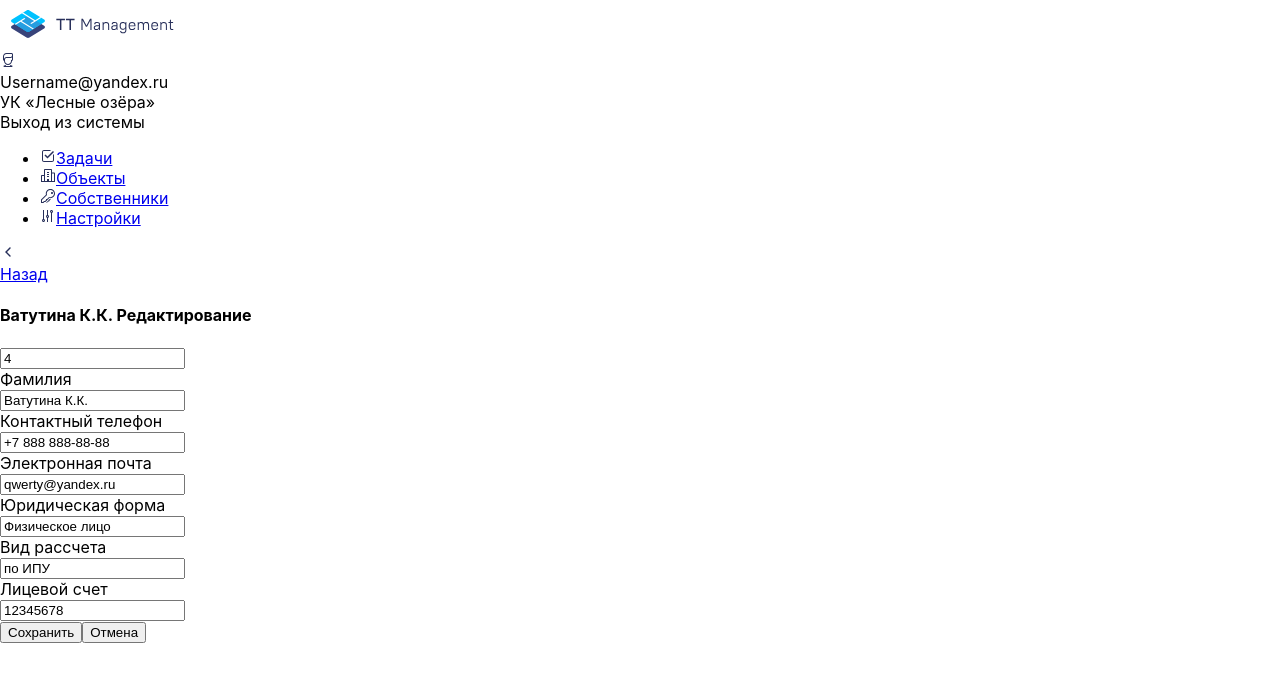
Repository: TryBr/tt-management
Page: /owners/3/edit
An editor plug-in stored every save of this project. The page is shown before and after the next save, followed by the edit.
The browser window is 1280 px wide. The pictures show the whole page.
The project was rebuilt for these pictures with package versions that can differ from the ones it lists, and the page was loaded fresh each time. Also part of the build but not shown: src/App.css, src/TaskDetail.js, src/Owners.js, src/OwnerDetail.js.

Above is the page before, as saved 2020-07-21 13:14:22.

After the next save:
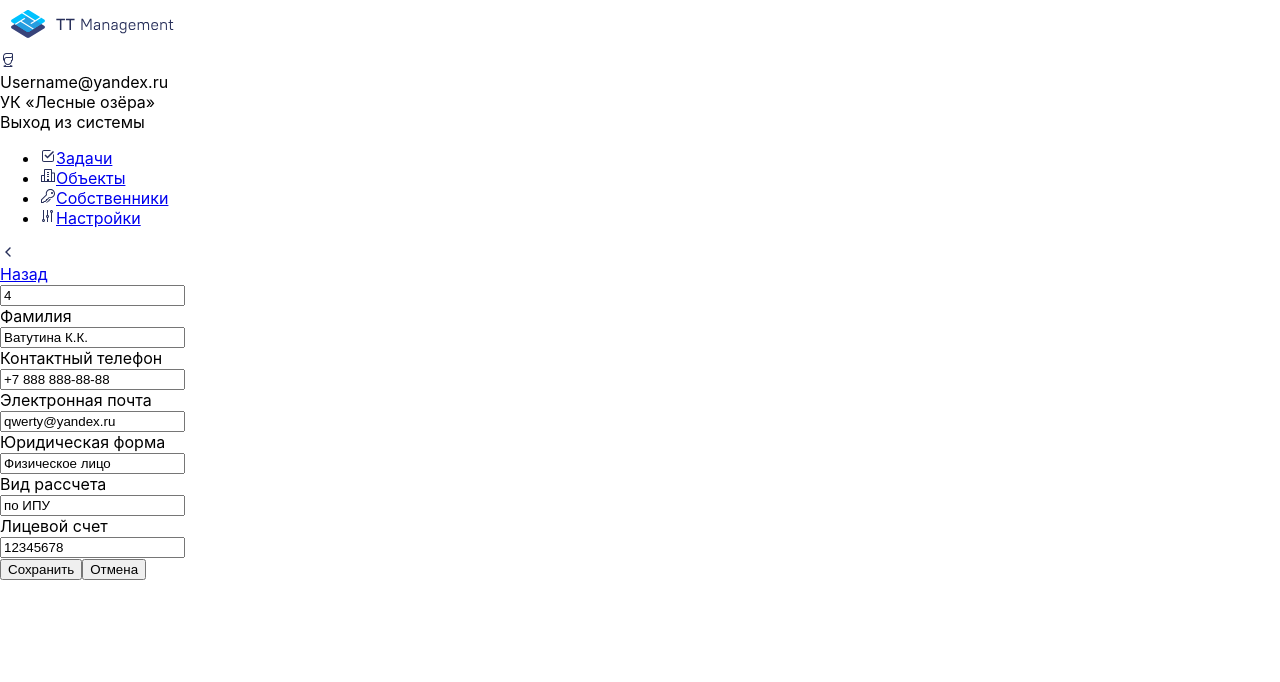
Saved 46 s later.
--- a/src/OwnerEdit.js
+++ b/src/OwnerEdit.js
@@ -35,7 +35,7 @@
                     backIcon={<BackIcon />}
                 />
             </Link>
-            <h1 className="page-title">{owner[id].fio} Редактирование</h1>
+            {/* <h1 className="page-title">{owner[id].fio} Редактирование</h1> */}
 
             <Row>
                 <Col span={12}>

After the save that followed:
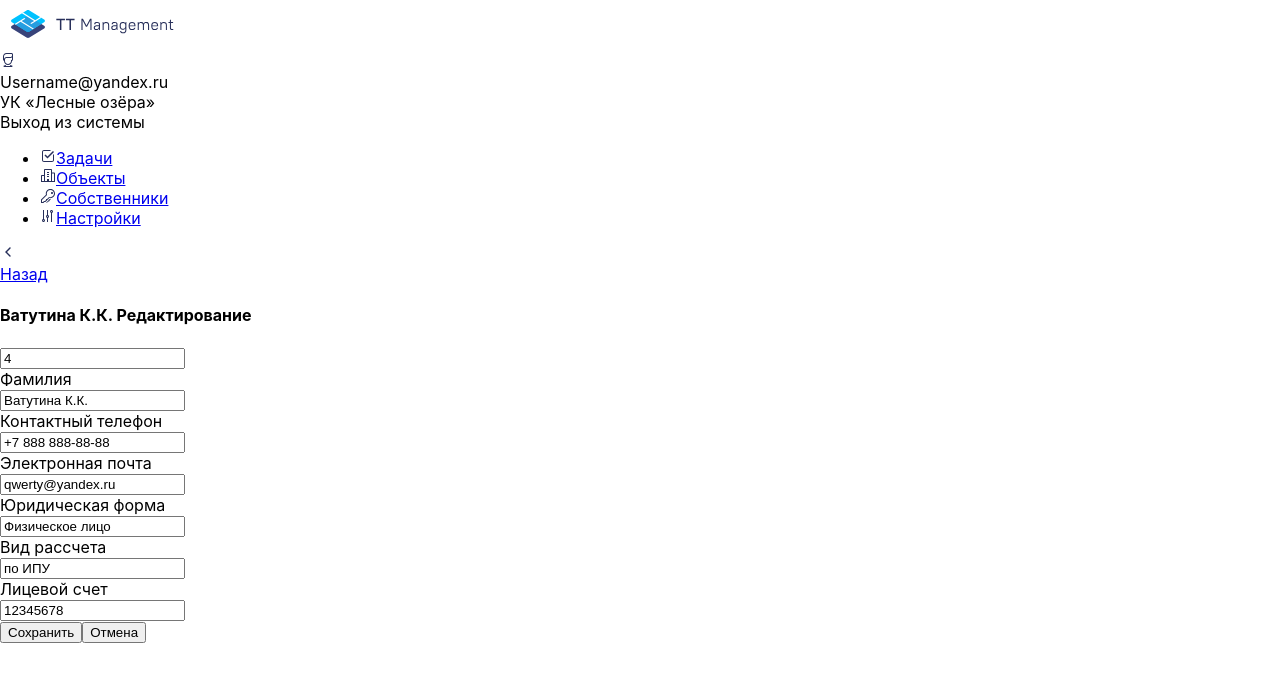
Saved 16 s later.
--- a/src/OwnerEdit.js
+++ b/src/OwnerEdit.js
@@ -35,7 +35,7 @@
                     backIcon={<BackIcon />}
                 />
             </Link>
-            {/* <h1 className="page-title">{owner[id].fio} Редактирование</h1> */}
+            <h1 className="page-title">{owner[id].fio} Редактирование</h1>
 
             <Row>
                 <Col span={12}>
